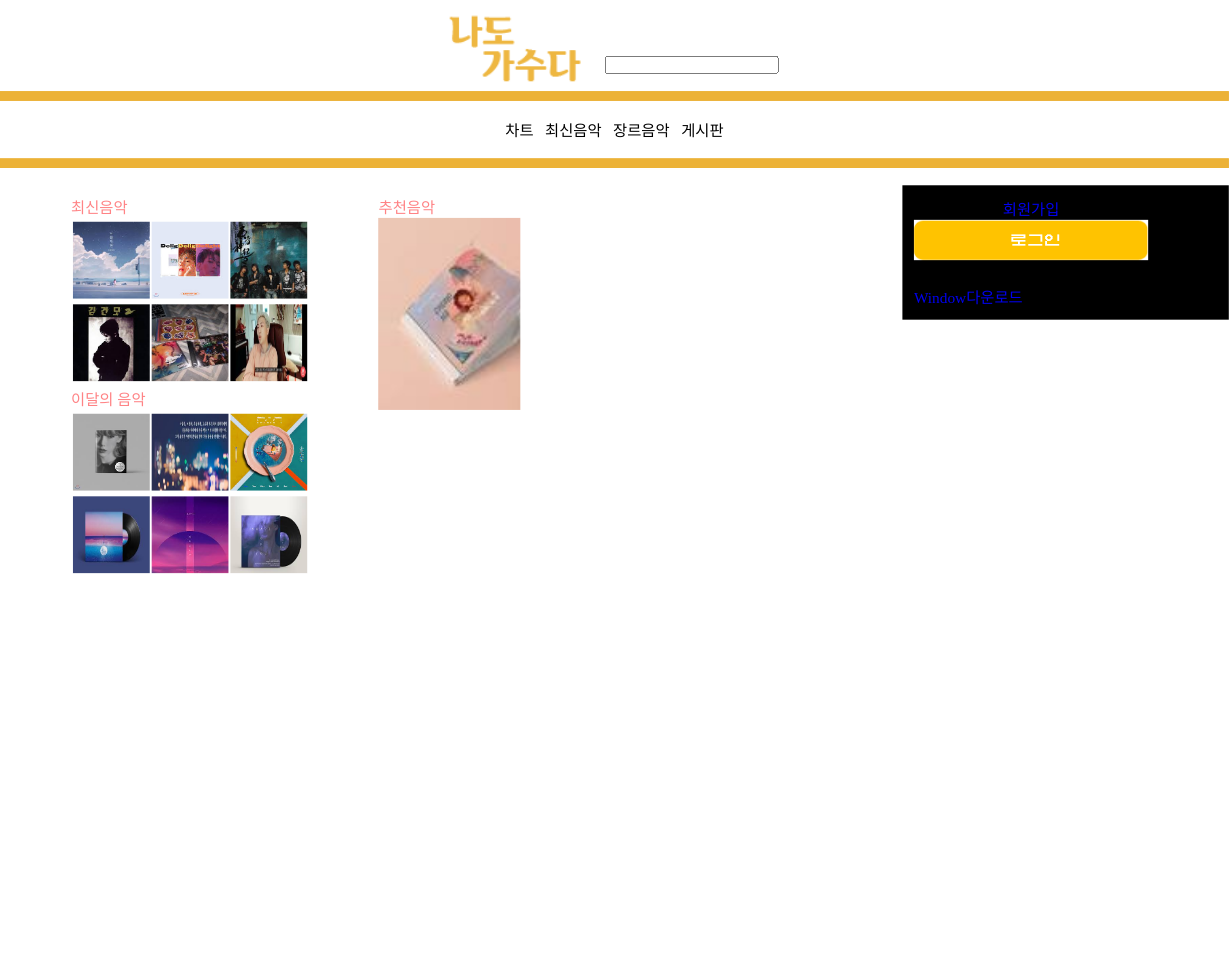
Repository: Ea-Bell/GraduationPortfolio
Page: http://localhost/WebTest/webTest/View/login/index.jsp
These files come from the project's save history. The page is drawn as it stood at one moment and after a run of saves; the edit follows.
The browser window is 1280 px wide. The pictures show the whole page, at 96% of full size.
The page is served by Tomcat 9. Nobody is signed in. The application's start-up code is not run. Other server files are loaded and not shown.

Above is the page before, as saved 2020-09-25 13:25:48.

### WEB_Server/WebTest/WebContent/webTest/View/login/index.jsp
<%@ page language="java" contentType="text/html; charset=UTF-8"
	pageEncoding="UTF-8"%>
<%@ taglib prefix="c" uri="http://java.sun.com/jsp/jstl/core"%>
   <%@ page import="java.io.File" %>
<!DOCTYPE html>
<html>
<head>

<link rel="stylesheet" type="text/css"
	href="/webTest/Model/mainForm/mainForm.css" />
<script type="text/javascript" src="/webTest/Model/mainForm/mainForm.js"></script>

<meta charset="UTF-8">
<title>회원제 게시판 예시</title>
</head>
<body>

<header>
	<div align="center">

		<form action="mainForm.jsp" method="post">
			<!-- 헤더 -->

				<a href="/index" style="background: white;">
					 <img src="/webTest/img/logo.png"
					 style="position: relative; top: 15px; left: 0px; width: 140px; width:140px"></a>
					  <input type="text" onclick=""
					style="position: relative; left: 20px;">
				&nbsp;&nbsp;&nbsp;&nbsp;&nbsp; <br>
				<br>

				<hr id="head_line" size="10px" color="#ECB237">

				<br> <a href="" onmouseover="TextMover()"
					onmouseout="TextMount()" id="nav" style="color: black;">차트</a>

				&nbsp; <a href="/fileList" onmouseover="TextMover2()"
					onmouseout="TextMount2()" id="nav2" style="color: black;">최신음악</a>
				&nbsp; <a href="" onmouseover="TextMover3()"
					onmouseout="TextMount3()" id="nav3" style="color: black;">장르음악</a>
						&nbsp; <a href="/ListArticle"  id="nav3" style="color: black;">게시판</a>
				<br>
				<br>
		</form>


	</div>
</header>
		<hr id="head_line" size="10px" color="#ECB237">
		<br>
		<div id="leftblank" style="height:800px; width: 5%; float:left;" >
		</div>
	<!-- 콘텐츠 -->
	<div class="content" style="width:65%; float:left;">

		<div id="content"  style="padding:10px; width: 55%;  float: left;" >

<div style="float: left; width: 30%;">
			<table >
	<tr><span style="color: #ff8385">최신음악</span></tr>
	<tr>
		<td><img  src="/webTest/img/newchart/다운로드.jpg" style="height: 80px; width: 80px;">	</td>
		<td><img  src="/webTest/img/newchart/다운로드 (1).jpg" style="height: 80px; width: 80px;">	</td>
		<td><img  src="/webTest/img/newchart/다운로드 (2).jpg" style="height: 80px; width: 80px;">	</td>
	</tr>
		<tr>
		<td><img  src="/webTest/img/newchart/다운로드 (3).jpg" style="height: 80px; width: 80px;">	</td>
		<td><img  src="/webTest/img/newchart/다운로드 (4).jpg" style="height: 80px; width: 80px;">	</td>
		<td><img  src="/webTest/img/newchart/다운로드 (5).jpg" style="height: 80px; width: 80px;">	</td>
	</tr>
			</table>
					<table >
	<tr><span style="color: #ff8385">이달의 음악</span></tr>
	<tr>
		<td><img  src="/webTest/img/newchart/다운로드 (6).jpg" style="height: 80px; width: 80px;">	</td>
		<td><img  src="/webTest//img/newchart/다운로드 (7).jpg" style="height: 80px; width: 80px;">	</td>
		<td><img  src="/webTest/img/newchart/다운로드 (8).jpg" style="height: 80px; width: 80px;">	</td>
	</tr>
		<tr>
		<td><img  src="/webTest/img/newchart/다운로드 (9).jpg" style="height: 80px; width: 80px;">	</td>
		<td><img  src="/webTest/img/newchart/다운로드 (10).jpg" style="height: 80px; width: 80px;">	</td>
		<td><img  src="/webTest/img/newchart/다운로드 (11).jpg" style="height: 80px; width: 80px;">	</td>
	</tr>
			</table>

</div>
<div>
<!-- 가운데 컨텐츠 삽입용 -->
</div>
<div style="float: right; width: 30%">

			<span style="color: #ff8385">추천음악</span><br>
		<img  src="/webTest/img/newchart/다운로드 (16).jpg" style="height: 200px; width:200px;">

</div>


</div>



	<!-- 바텀 -->
	<div align="center">


	</div>
</div>

	<div style="padding:10px; width: 25%; float: right; background: black;">
		<section id="main_section">
			<article class="main_article"></article>
		</section>
		<!-- 메인 섹션 건들지 말것. -->

		<aside id="main_aside">

			<table border="0">
				<tr>
					<td><c:if test="${empty authUser }">
							<div align="center"><a href=""></a> <a href="/signUp">회원가입</a></div>
							<a href="/Login" ><img alt="" src="/webTest/img/login/login.png" style="height: 42px; width: 244px;"></a>
							<br>

						</c:if> <c:if test="${!empty authUser}">
				${authUser.nickname}님, 안녕하세요.<br />
							<a href="/LogoutHandler">[로그아웃하기]</a>
							<a href="/changePwdForm">[암호변경하기]</a>
							<a href="/fileUpLoad">[마이페이지]</a>
						</c:if></td>
				</tr>
			</table>

			<br>
			<table>
				<tr>
					<td style="border: 1px">
				<a href="/나는가수다.msi" download=>Window다운로드</a>
					</td>

				</tr>
			</table>

		</aside>
		</div>
<!-- 		<div id="rightblank" style="height:800px; width: 10%; float:left;">
		</div> -->
</body>
</html>

### WEB_Server/WebTest/WebContent/webTest/Model/mainForm/mainForm.css
@charset "UTF-8";
body{
	position: relative;
}

*{ margin:0; padding :0;}

img{border: 0; width:16px ; height: 16 px;}


#content{
	/* 중앙 정렬*/
	width: 960px;

	/* 수평 레이아웃 구성 */
	overflow: hidden;
}
#content > #main_section
{
	width: 650px;
	float: left;			/* 왼쪽에 붙입니다*/
}

#content > #main_aside{
	height:30%;
	width : 25%;
	float: right;           /*오른쪽에 붙입니다.*/
	margin-bottom: 20px;
	padding: 10px;

	color: #ff8000;


}



#content > #main_bside{

	width : 30%;
	height:0%;
	float: left;           /*왼쪽에 붙입니다.*/
	margin-bottom: 20px;
	padding: 10px;


}
#content > #main_cside{
	width :70%;
	height: 0%;
	float: none;           /*가운데에 붙입니다.*/
	margin-bottom: 20px;
	padding: 10px;
	border: 1px solid #e4e4e4;
	color: #ff8000;
	background-color:ff8000;
}

#textcolor{
	border: 1px solid #e4e4e4;
	color: #ff8000;
	background-color:ff8000;
}

#hr
{

}
#nav
{
	 font-family: ""
}
#winFont{
	font-family: "돋음";
	color: #1A1A1A;
}
a {
  text-decoration: none;
}

### WEB_Server/WebTest/WebContent/webTest/Model/mainForm/mainForm.js
/**
 *
 */

//문자나 이미지가 밖으로 나갔을경우
function TextMover() {
	var dama = document.getElementById('nav');
	dama.style.color="Red";
}
function ImgMover() {

}
function TextMover2() {
	var dama = document.getElementById('nav2');
	dama.style.color="Red";
}
function TextMover3() {
	var dama = document.getElementById('nav3');
	dama.style.color="Red";
}
//문자나 이미지가 밖으로 갔을경우
function TextMount() {
	var dama = document.getElementById('nav');
	dama.style.color="Black";
}
function TextMount2() {
	var dama = document.getElementById('nav2');
	dama.style.color="Black";
}
function TextMount3() {
	var dama = document.getElementById('nav3');
	dama.style.color="Black";
}
function ImgMount() {

}

After the next 2 saves:
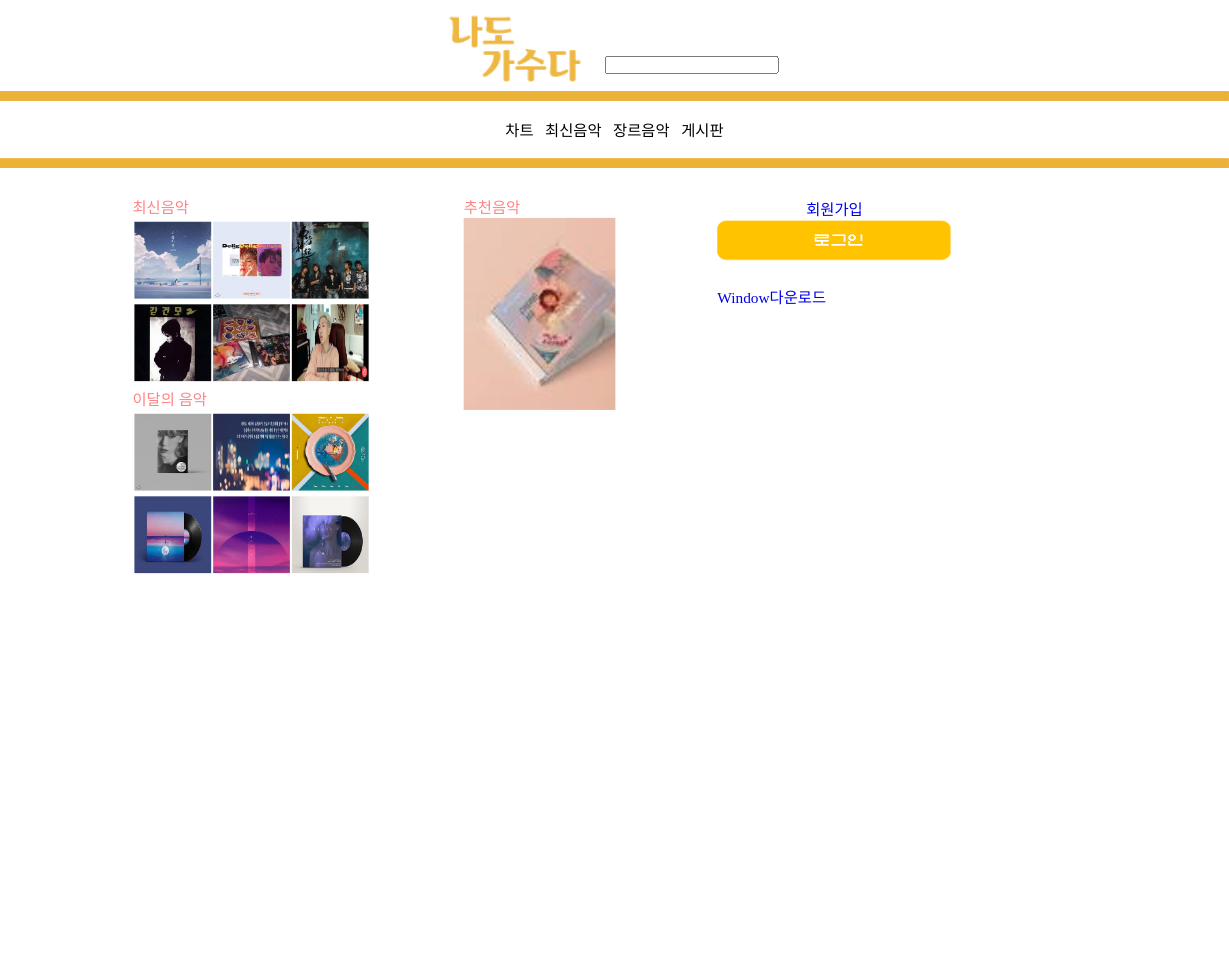
The 2 saves are shown as one change because they came seconds apart.
The last was saved 2 min 25 s later.
--- a/WEB_Server/WebTest/WebContent/webTest/View/login/index.jsp
+++ b/WEB_Server/WebTest/WebContent/webTest/View/login/index.jsp
@@ -48,11 +48,46 @@
 </header>
 		<hr id="head_line" size="10px" color="#ECB237">
 		<br>
-		<div id="leftblank" style="height:800px; width: 5%; float:left;" >
+		<div id="leftblank" style="height:800px; width: 10%; float:left;" >
 		</div>
 	<!-- 콘텐츠 -->
-	<div class="content" style="width:65%; float:left;">
+	<div class="content" style="width:70%; float:left;">
+	<div style="padding:10px; width: 30%; float: right; background: bl">
+		<section id="main_section">
+			<article class="main_article"></article>
+		</section>
+		<!-- 메인 섹션 건들지 말것. -->
 
+		<aside id="main_aside">
+
+			<table border="0">
+				<tr>
+					<td><c:if test="${empty authUser }">
+							<div align="center"><a href=""></a> <a href="/signUp">회원가입</a></div>
+							<a href="/Login" ><img alt="" src="/webTest/img/login/login.png" style="height: 42px; width: 244px;"></a>
+							<br>
+
+						</c:if> <c:if test="${!empty authUser}">
+				${authUser.nickname}님, 안녕하세요.<br />
+							<a href="/LogoutHandler">[로그아웃하기]</a>
+							<a href="/changePwdForm">[암호변경하기]</a>
+							<a href="/fileUpLoad">[마이페이지]</a>
+						</c:if></td>
+				</tr>
+			</table>
+
+			<br>
+			<table>
+				<tr>
+					<td style="border: 1px">
+				<a href="/나는가수다.msi" download=>Window다운로드</a>
+					</td>
+
+				</tr>
+			</table>
+
+		</aside>
+		</div>
 		<div id="content"  style="padding:10px; width: 55%;  float: left;" >
 
 <div style="float: left; width: 30%;">
@@ -105,43 +140,6 @@
 
 	</div>
 </div>
-
-	<div style="padding:10px; width: 25%; float: right; background: black;">
-		<section id="main_section">
-			<article class="main_article"></article>
-		</section>
-		<!-- 메인 섹션 건들지 말것. -->
-
-		<aside id="main_aside">
-
-			<table border="0">
-				<tr>
-					<td><c:if test="${empty authUser }">
-							<div align="center"><a href=""></a> <a href="/signUp">회원가입</a></div>
-							<a href="/Login" ><img alt="" src="/webTest/img/login/login.png" style="height: 42px; width: 244px;"></a>
-							<br>
-
-						</c:if> <c:if test="${!empty authUser}">
-				${authUser.nickname}님, 안녕하세요.<br />
-							<a href="/LogoutHandler">[로그아웃하기]</a>
-							<a href="/changePwdForm">[암호변경하기]</a>
-							<a href="/fileUpLoad">[마이페이지]</a>
-						</c:if></td>
-				</tr>
-			</table>
-
-			<br>
-			<table>
-				<tr>
-					<td style="border: 1px">
-				<a href="/나는가수다.msi" download=>Window다운로드</a>
-					</td>
-
-				</tr>
-			</table>
-
-		</aside>
-		</div>
 <!-- 		<div id="rightblank" style="height:800px; width: 10%; float:left;">
 		</div> -->
 </body>
